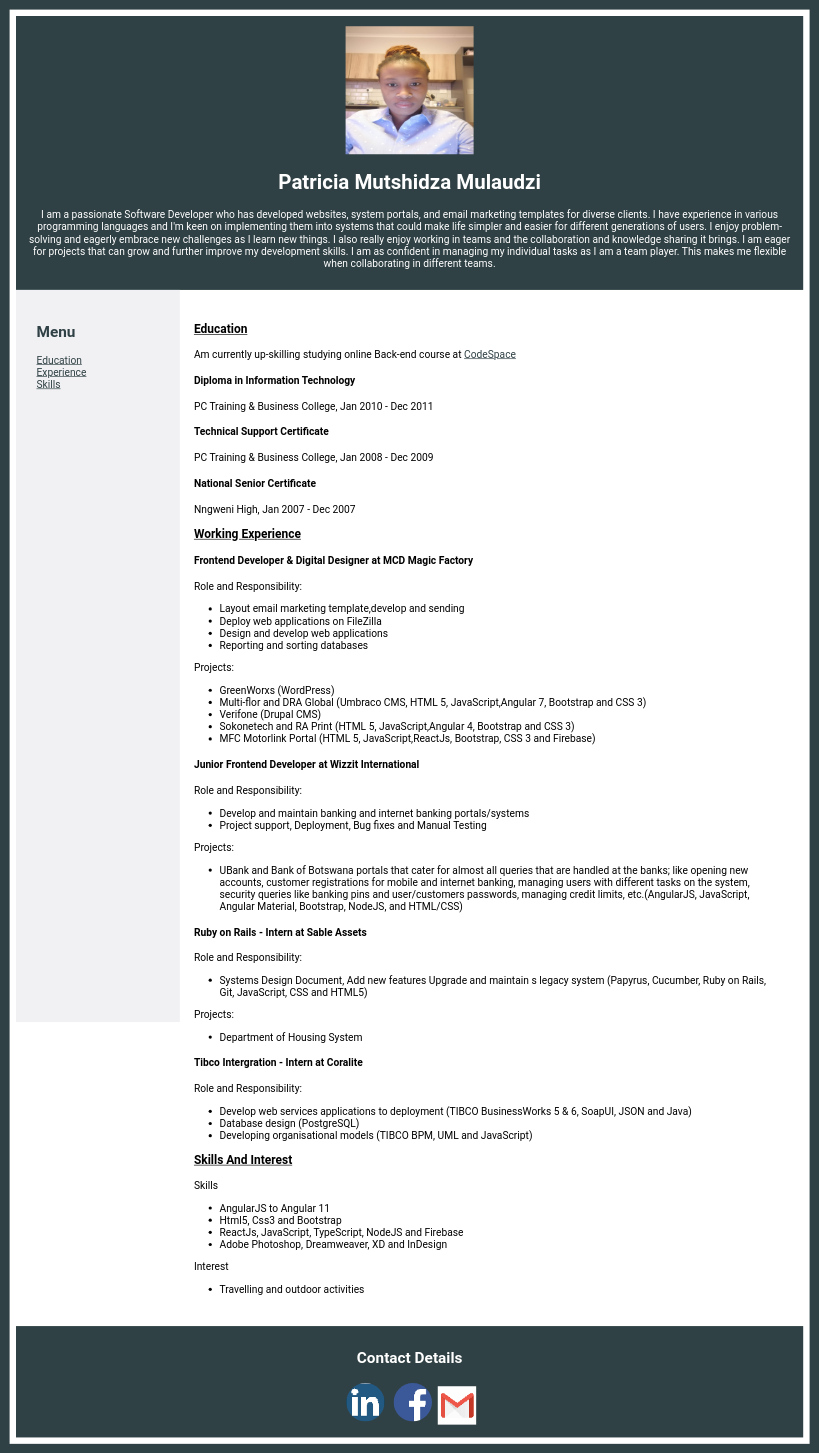
Repository: Patricious/Digital-Resume-01
Page: index.html
An editor plug-in stored every save of this project. The page is shown before and after a run of saves, followed by the edit.
The browser window is 1280 px wide. The pictures show the whole page, at 64% of full size.

Above is the page before, as saved 2021-08-23 11:44:26.

### index.html
<!DOCTYPE html>
<html>

<head>
    <title>Patricia Digital Resume</title>
    <meta charset="utf-8">
    <meta name="viewport" content="width=device-width, initial-scale=1">
    <link rel="stylesheet" type="text/css" href="css/stylesheet.css">
</head>

<body scroll="yes">

    <header>
        <img src="img/IMG_20200502_085519.jpg" alt="profile" width="200" height="200" />
        <h1>Patricia Mutshidza Mulaudzi</h1>
        <p>I am a passionate Software Developer who has developed websites, system portals, and email marketing templates for diverse clients. I have experience in various programming languages and I'm keen on implementing them into systems that could make
            life simpler and easier for different generations of users. I enjoy problem-solving and eagerly embrace new challenges as I learn new things. I also really enjoy working in teams and the collaboration and knowledge sharing it brings. I am
            eager for projects that can grow and further improve my development skills. I am as confident in managing my individual tasks as I am a team player. This makes me flexible when collaborating in different teams.</p>
    </header>
    <section>
        <aside>
            <h2>Menu</h2>
            <ul class="nav">
                <li>
                    <a href="#education">Education</a>
                </li>
                <li>
                    <a href="#experience">Experience</a>
                </li>
                <li>
                    <a href="#skills">Skills</a>
                </li>

            </ul>
        </aside>

        <article>
            <h3 id="education"> <span>Education</span>
            </h3>
            <p> Am currently up-skilling studying online Back-end course at
                <a href="https://www.codespace.co.za/courses/?matchtype=b&device=c&keyword=codespace&adgroupid=81088003381&utm_campaign=8148639553&utm_source=google&utm_medium=cpc&gclid=EAIaIQobChMIkP_7q8bG8gIV1uvtCh0w7A1-EAAYASAAEgL34vD_BwE"> CodeSpace</a>
            </p>

            <h4>Diploma in Information Technology </h4>

            <p>PC Training & Business College, Jan 2010 - Dec 2011</p>
            <h4>Technical Support Certificate </h4>


            <p>PC Training & Business College, Jan 2008 - Dec 2009</p>

            <h4>National Senior Certificate</h4>


            <p>Nngweni High, Jan 2007 - Dec 2007</p>


            <h3 id="experience"> Working Experience</h3>
            <h4>Frontend Developer & Digital Designer at MCD Magic Factory
            </h4>
            <p>Role and Responsibility:</p>
            <ul>
                <li>Layout email marketing template,develop and sending</li>
                <li> Deploy web applications on FileZilla</li>
                <li>Design and develop web applications</li>
                <li>Reporting and sorting databases</li>
            </ul>
            <p>Projects:</p>
            <ul>
                <li>GreenWorxs (WordPress)</li>
                <li>Multi-flor and DRA Global (Umbraco CMS, HTML 5, JavaScript,Angular 7, Bootstrap and CSS 3)</li>
                <li>Verifone (Drupal CMS)</li>
                <li>Sokonetech and RA Print (HTML 5, JavaScript,Angular 4, Bootstrap and CSS 3)</li>
                <li>MFC Motorlink Portal (HTML 5, JavaScript,ReactJs, Bootstrap, CSS 3 and Firebase)</li>
            </ul>

            <h4>Junior Frontend Developer at Wizzit International
            </h4>
            <p>Role and Responsibility:</p>
            <ul>
                <li>Develop and maintain banking and internet banking portals/systems</li>
                <li>Project support, Deployment, Bug fixes and Manual Testing</li>

            </ul>
            <p>Projects:</p>
            <ul>
                <li>UBank and Bank of Botswana portals that cater for almost all queries that are handled at the banks; like opening new accounts, customer registrations for mobile and internet banking, managing users with different tasks on the system, security
                    queries like banking pins and user/customers passwords, managing credit limits, etc.(AngularJS, JavaScript, Angular Material, Bootstrap, NodeJS, and HTML/CSS)</li>
            </ul>

            <h4>Ruby on Rails - Intern at Sable Assets
            </h4>
            <p>Role and Responsibility:</p>
            <ul>
                <li>Systems Design Document, Add new features Upgrade and maintain s legacy system (Papyrus, Cucumber, Ruby on Rails, Git, JavaScript, CSS and HTML5)</li>

            </ul>
            <p>Projects:</p>
            <ul>
                <li>Department of Housing System</li>
            </ul>

            <h4>Tibco Intergration - Intern at Coralite
            </h4>
            <p>Role and Responsibility:</p>
            <ul>
                <li>Develop web services applications to deployment (TIBCO BusinessWorks 5 & 6, SoapUI, JSON and Java)
                </li>
                <li>Database design (PostgreSQL)</li>
                <li>Developing organisational models (TIBCO BPM, UML and JavaScript)</li>
            </ul>


            <h3 id="skills">Skills And Interest</h3>
            <p>Skills</p>
            <ul>
                <li>AngularJS to Angular 11</li>
                <li>Html5, Css3 and Bootstrap</li>
                <li>ReactJs, JavaScript, TypeScript, NodeJS and Firebase</li>
                <li>Adobe Photoshop, Dreamweaver, XD and InDesign</li>
            </ul>
            <p>Interest </p>
            <ul>
                <li>Travelling and outdoor activities</li>
            </ul>
        </article>
    </section>


    <footer>
        <h2>Contact Details</h2>
        <a href="https://www.linkedin.com/in/patricia-mulaudzi-93b526101/" target="_blank"><img src="img/in.png" alt="LinkedIN" class="circle"></a>
        <a href="https://www.facebook.com/patricia.mulaudzi.1/" target="_blank"><img src="img/fb.png" alt="Facebook" class="circle"></a>
        <a href="mailto:mulaudzi689@gmail.com"><img src="img/gm.png" alt="Gmail"></a>
    </footer>
</body>

</html>

### css/stylesheet.css
    body {
        font-family: 'Roboto', sans-serif;
        font-size: 100%;
        background-color: #ffffff;
        margin: 10px;
        overflow-y: scroll;
    }

    html {
        border: 15px solid #304145;
    }

    header {
        text-align: center;
        background-color: #304145;
        color: #ffffff;
        padding: 1em;
    }

    aside {
        background-color: #F1F1F3;
        color: #304145;
        width: 15%;
        padding: 2em;
        height: 150%;
        float: left;
        position: absolute;
        flex: 0 0 auto;
    }

    h3 {
        text-decoration: underline;
    }

    article {
        padding: 2em;
        margin-left: 20%;
    }

    .profile {
        border-radius: 100px;
        border: 2px solid #F1F1F3;
    }

    .circle {
        border-radius: 100px;
        padding: 5px;
    }

    .nav {
        list-style-type: none;
        margin: 0;
        padding: 0;
    }

    a {
        color: #304145;
    }

    footer {
        background-color: #304145;
        text-align: center;
        color: #ffffff;
        padding: 1em;
    }

After the next 2 saves:
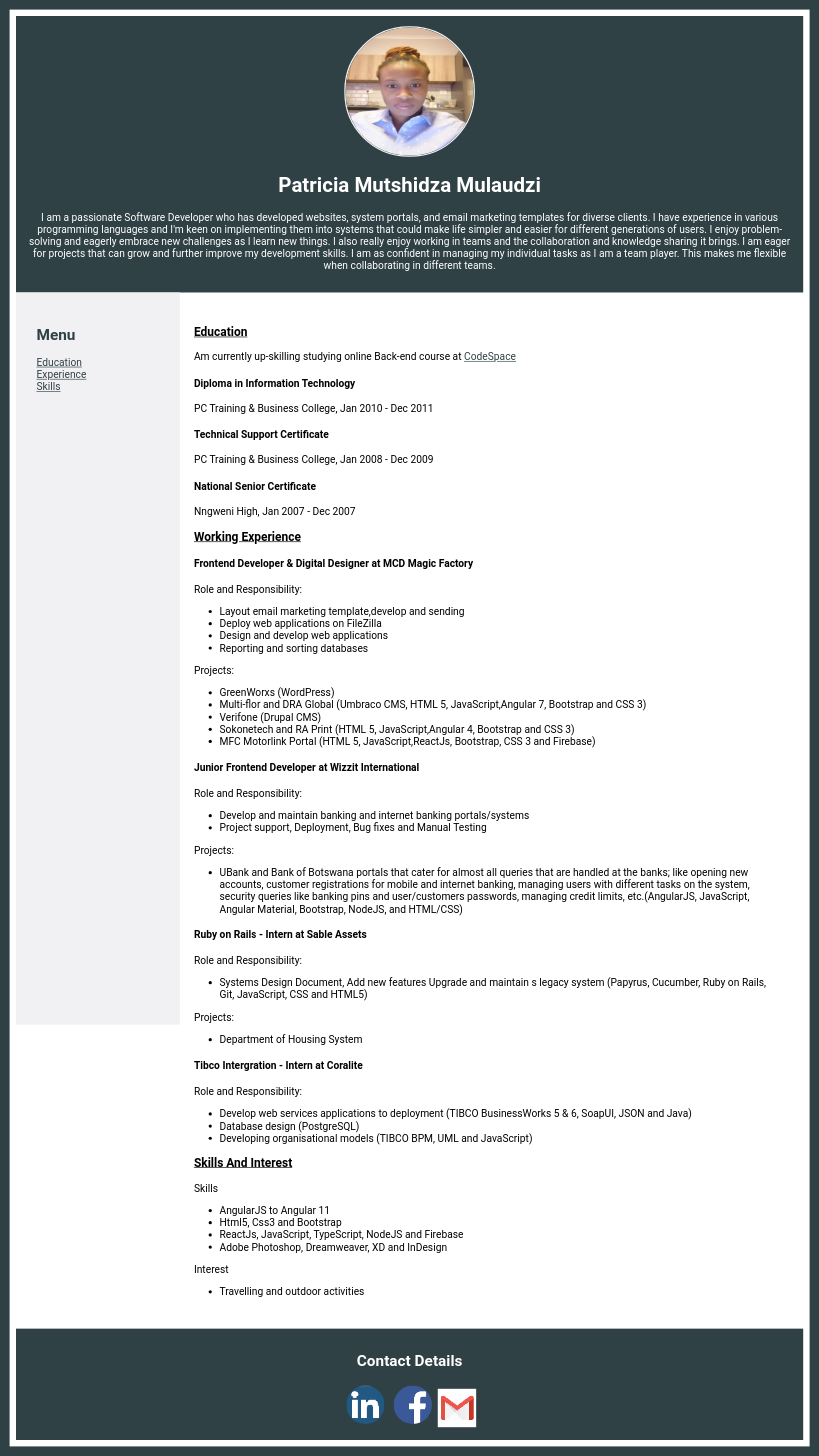
The 2 saves are shown as one change because they came seconds apart.
The last was saved 30 s later.
--- a/index.html
+++ b/index.html
@@ -11,7 +11,7 @@
 <body scroll="yes">
 
     <header>
-        <img src="img/IMG_20200502_085519.jpg" alt="profile" width="200" height="200" />
+        <img src="img/IMG_20200502_085519.jpg" alt="profile" width="200" height="200" class="profile" />
         <h1>Patricia Mutshidza Mulaudzi</h1>
         <p>I am a passionate Software Developer who has developed websites, system portals, and email marketing templates for diverse clients. I have experience in various programming languages and I'm keen on implementing them into systems that could make
             life simpler and easier for different generations of users. I enjoy problem-solving and eagerly embrace new challenges as I learn new things. I also really enjoy working in teams and the collaboration and knowledge sharing it brings. I am
